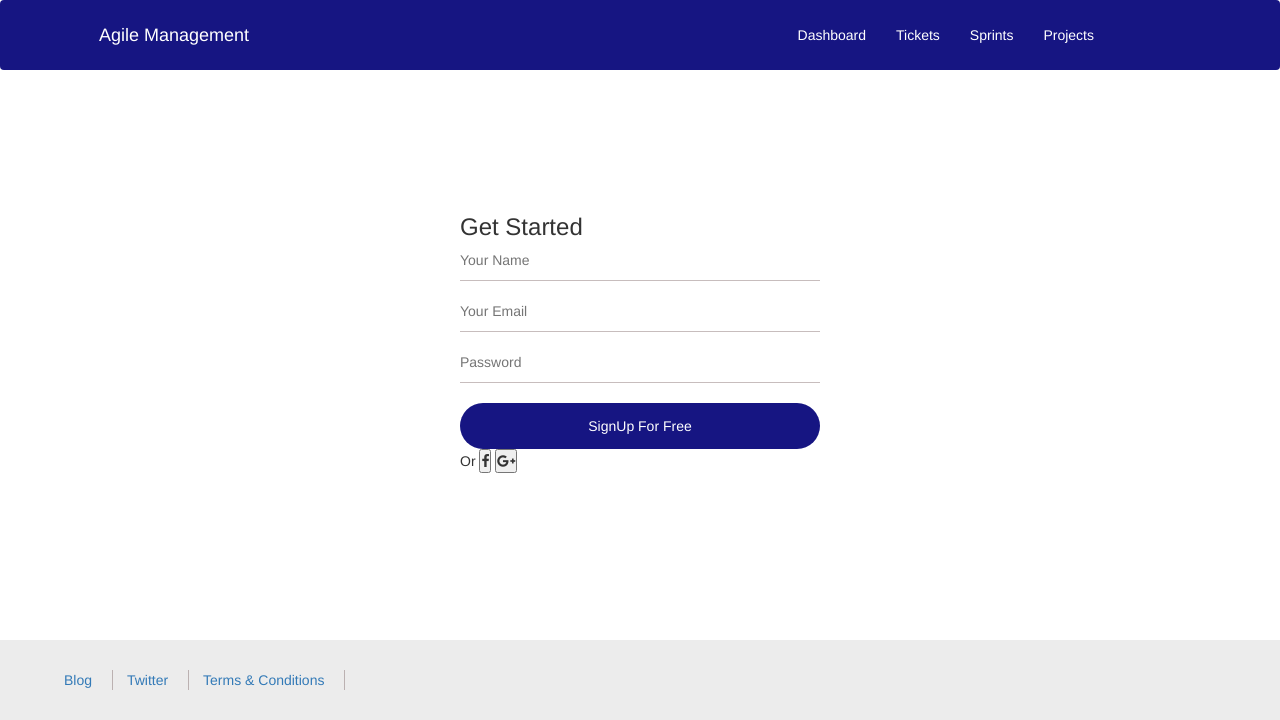
Repository: princexavier/agil
Page: http://localhost/Agile/index.jsp
These files come from the project's save history. The page is drawn as it stood at one moment and after the next save; the edit follows.
The browser window is 1280 px wide. The pictures show the whole page.
Some web libraries are served in a nearby version. The page is served by Tomcat 9. Other server files are loaded and not shown.

Above is the page before, as saved 2018-01-19 04:56:16.

### workspace/Agile/WebContent/index.jsp
<%@ page language="java" contentType="text/html; charset=ISO-8859-1"
	pageEncoding="ISO-8859-1"%>
<!DOCTYPE html>
<html lang="en">

<head>
    <meta charset="UTF-8">
    <title>Registration</title>
    <link rel="stylesheet" href="https://maxcdn.bootstrapcdn.com/bootstrap/3.3.7/css/bootstrap.min.css">
    <!-- jQuery library -->
    <script src="https://ajax.googleapis.com/ajax/libs/jquery/3.2.1/jquery.min.js"></script>
    <!-- Latest compiled JavaScript -->
    <script src="https://maxcdn.bootstrapcdn.com/bootstrap/3.3.7/js/bootstrap.min.js"></script>
    <link rel="stylesheet" href="css/style.css">
    <link rel="stylesheet" href="https://maxcdn.bootstrapcdn.com/font-awesome/4.7.0/css/font-awesome.min.css">
</head>

<body>
    <header>
        <nav class="navbar navbar-default">
            <div class="container-fluid">
                <div class="navbar-header">
                    <a class="navbar-brand" href="#">Agile Management</a>
                </div>
                <ul class="nav navbar-nav">
                    <li class="active"><a href="#">Dashboard</a></li>
                    <li><a href="ticket.html">Tickets</a></li>
                    <li><a href="ticket.html">Sprints</a></li>
                    <li><a href="#">Projects</a></li>
                </ul>
            </div>
        </nav>
    </header>

    <div class="container">
    	<div class="row">
    		<div class="col-md-4"></div>
    		<div class="col-md-4">
    			<form action=""class="reg-form">
    				<h3>Get Started</h3>
    				<input type="text" placeholder="Your Name">
    				<input type="text" placeholder="Your Email">
    				<input type="text" placeholder="Password">
    				<button class="sign-up">SignUp For Free</button>
    				<span>Or</span>
    				<button><i class="fa fa-facebook"></i></button>
    				<button><i class="fa fa-google-plus"></i></button>
    			</form>
    		</div>
    		<div class="col-md-4"></div>
    	</div>
    </div>
    <footer>
        <ul class="foot-content">
            <li>
                <a href="#">Blog</a>
            </li>
            <li>
                <a href="#">Twitter</a>
            </li>
            <li>
                <a href="#">Terms & Conditions</a>
            </li>
        </ul>
    </footer>
</body>

</html>

### workspace/Agile/WebContent/css/style.css
* {
	margin: 0px;
	padding: 0px;
	text-decoration: none;
	list-style-type: none;
}

a:hover {
	text-decoration: none;
}

.reg-form {
	margin-top: 40%;
}

.sign-up {
	outline:none;
	border: none;
	display: block;
	width: 100%;
	padding: 13px;
	border-radius: 40px;
	background: #161582;
	color: #fff;
}
.reg-form >span{
	diplay:block;
}
.reg-form input {
	cursor: pointer;
	padding-bottom: 10px;
	margin-bottom: 20px;
	outline: none;
	display: block;
	width: 100%;
	border: none;
	border-bottom: 1px solid #c7bdbd;
	transition: 0.8s ease;
}

.reg-form input:focus {
	border-bottom: 1px solid #161582;
}

.divider-1 {
	display: inline-block;
	width: calc(100%/ 1);
	float: left;
}

.divider-2 {
	display: inline-block;
	width: calc(100%/ 2);
	float: left;
}

.color {
	color: #161582;
	padding-right: 5px;
	cursor: pointer;
	transition: 0.2s ease-in-out;
}

.color:hover {
	color: #16158261;
}

.clearfix:after {
	content: "";
	display: block;
	clear: both;
}

.navbar-nav {
	float: right;
	margin-right: 100px;
}

.navbar-default {
	border: none;
	padding: 10px 56px 10px 84px;
	background: #161582;
	margin-bottom: 0px;
}

.navbar-brand,.navbar-nav>li>a {
	color: #fff !important;
}

nav .active a {
	background-color: transparent !important;
}

.dashboard {
	padding: 20px 0px;
	background: #ececec;
}

.dash-title {
	padding-left: 111px;
}

.auth {
	background: #ececec;
	padding: 20px;
}

.left-content>span {
	display: block;
}

.lab-title {
	padding: 20px 0px;
}

.bg {
	margin-top: 20px;
	padding: 10px 0px;
	background: #a6e4a6;
}

.bg a>button {
	float: right;
	margin-right: 20px;
	border: none;
}

footer {
	position: fixed;
	bottom: 0px;
	width: 100%;
	padding: 20px 0px;
	background: #ececec;
}

.right-bor {
	border-right: 1px solid #ececec;
}

.foot-content:first-child {
	margin-left: 64px;
	margin-top: 10px;
}

.foot-content li {
	border-right: 1px solid #a79a9ab8;
	padding-right: 20px;
	display: inline-block;
	margin-right: 10px;
}

.bar {
	width: 90%;
	background: #ececec;
	border-left: 10px solid blue;
}

.bar>span {
	float: right;
}

/*Ticket page style */
.btn-style {
	border: none;
	color: #fff;
	outline: none;
	background: #161582;
	transition: 0.5s ease-in-out;
}

.first-btn {
	margin-left: 150px
}

.btn-style:hover {
	background: #161582a8;
}

.icon-style {
	padding-right: 10px;
}

.events {

}

.list-style {
	padding: 10px 0px;
}

/*New ticket page style*/
.cs-btn {
	padding: 11px 10px;
	margin-left: 150px;
	color: #ffff;
	background: #161582;
	transition: 0.5s ease-in-out;
}

.cs-btn:hover {
	background: #1615825c;
	color: #fff;
}

textarea {
	resize: none;
}

.nav-tabs {
	margin-bottom: 50px;
}

label {
	font-weight: 300;
}

.btn-primary {
	background-color: #161582;
}

#menu4>p {
	padding: 20px 10px;
	background: #ececec;
	margin-bottom: 40px;
}

input[type="date"] {
	border-radius: 4px;
}

After the next save:
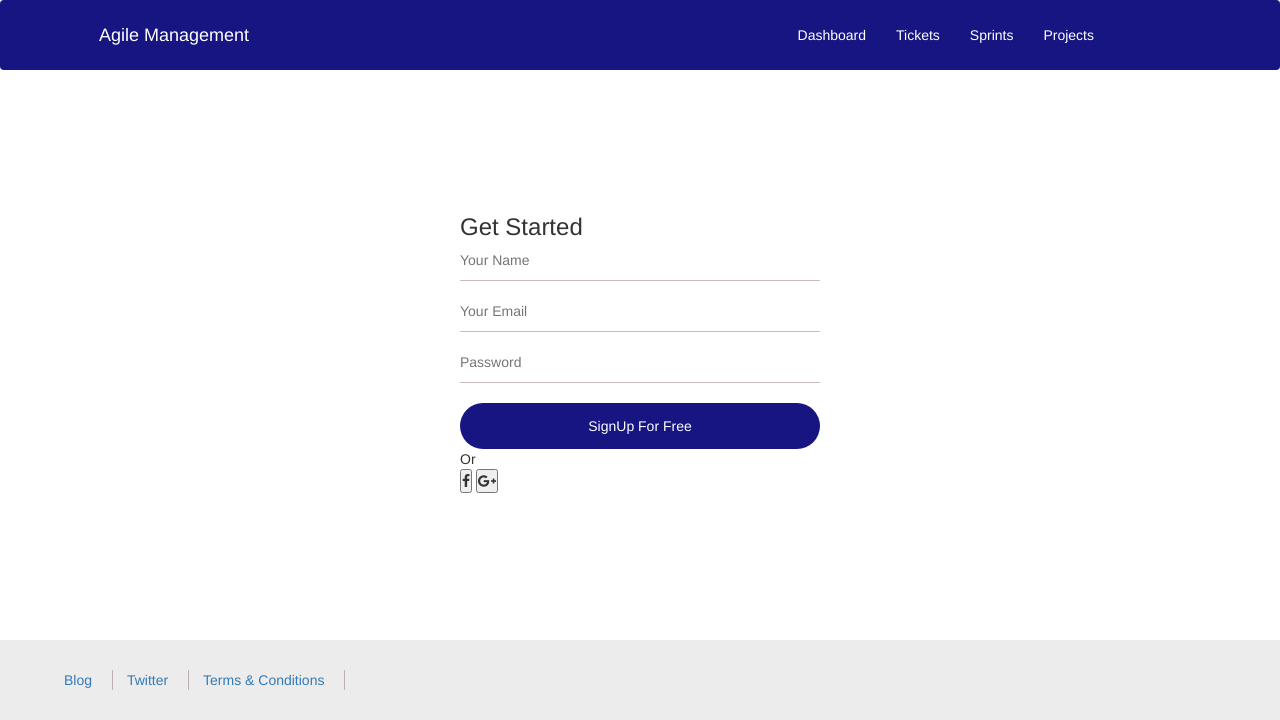
Saved 19 s later.
--- a/workspace/Agile/WebContent/css/style.css
+++ b/workspace/Agile/WebContent/css/style.css
@@ -24,7 +24,7 @@ a:hover {
 	color: #fff;
 }
 .reg-form >span{
-	diplay:block;
+	display:block;
 }
 .reg-form input {
 	cursor: pointer;
